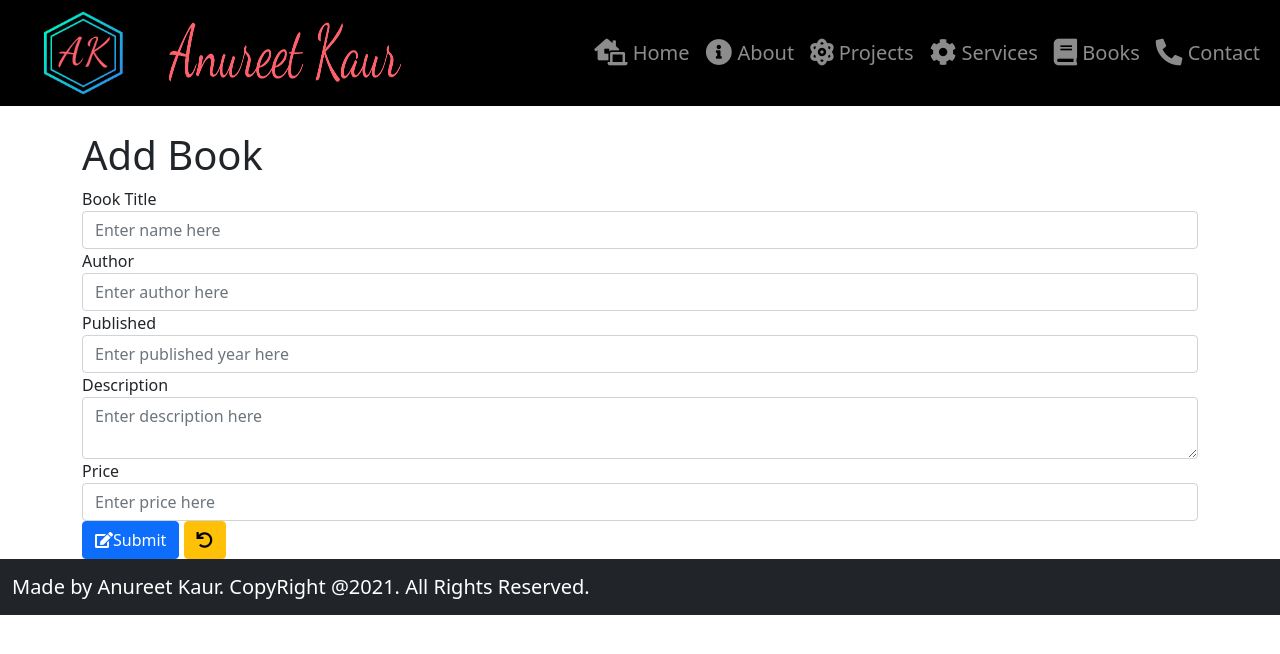
Repository: Anureet23/Portfolio_Authentication
Page: http://localhost/book-list/add
The author's editor kept a copy of each file at every save. The page is drawn from the files as they stood at one save, then again after the next save.
The browser window is 1280 px wide. The pictures show the whole page.
The page is served by the project's Node server (server.js).

Above is the page before, as saved 2021-06-16 19:51:47.

After the next save:
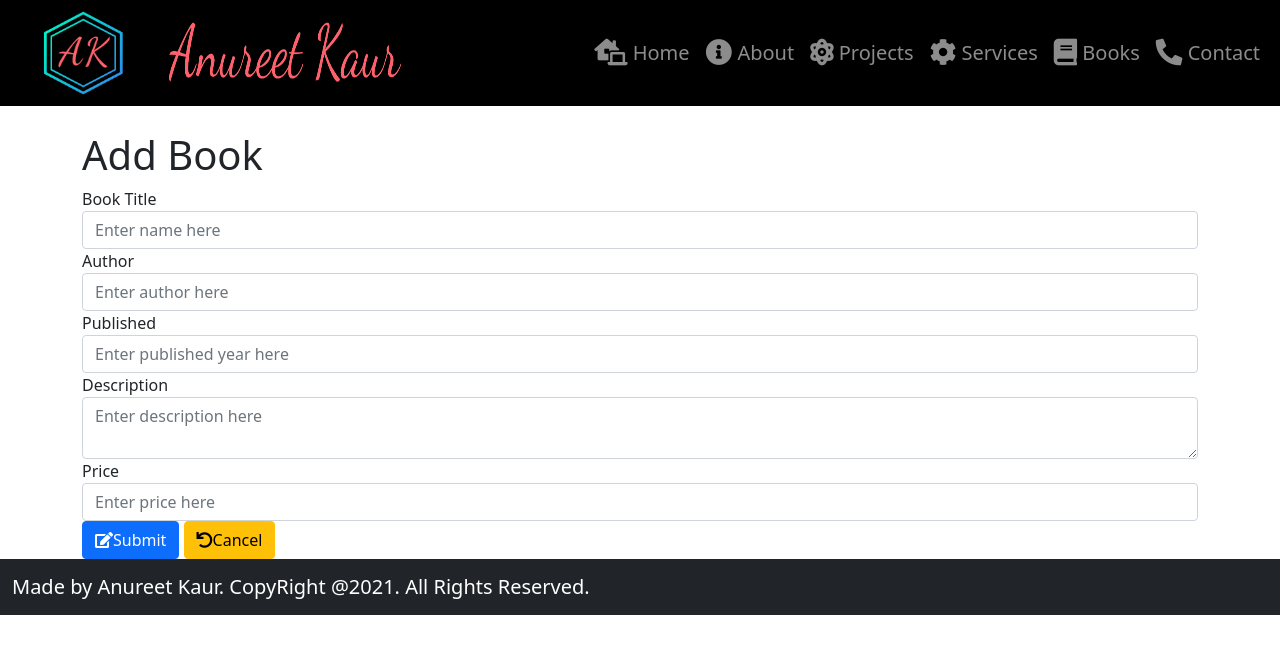
Saved 21 s later.
--- a/server/views/book/add.ejs
+++ b/server/views/book/add.ejs
@@ -41,7 +41,7 @@
             <i class="fas fa-edit"></i>Submit
         </button>
 
-        <a href="/book-list" class="btn btn-warning"><i class="fas fa-undo"></i></a>
+        <a href="/book-list" class="btn btn-warning"><i class="fas fa-undo"></i>Cancel</a>
 
         </form>
     </div>
